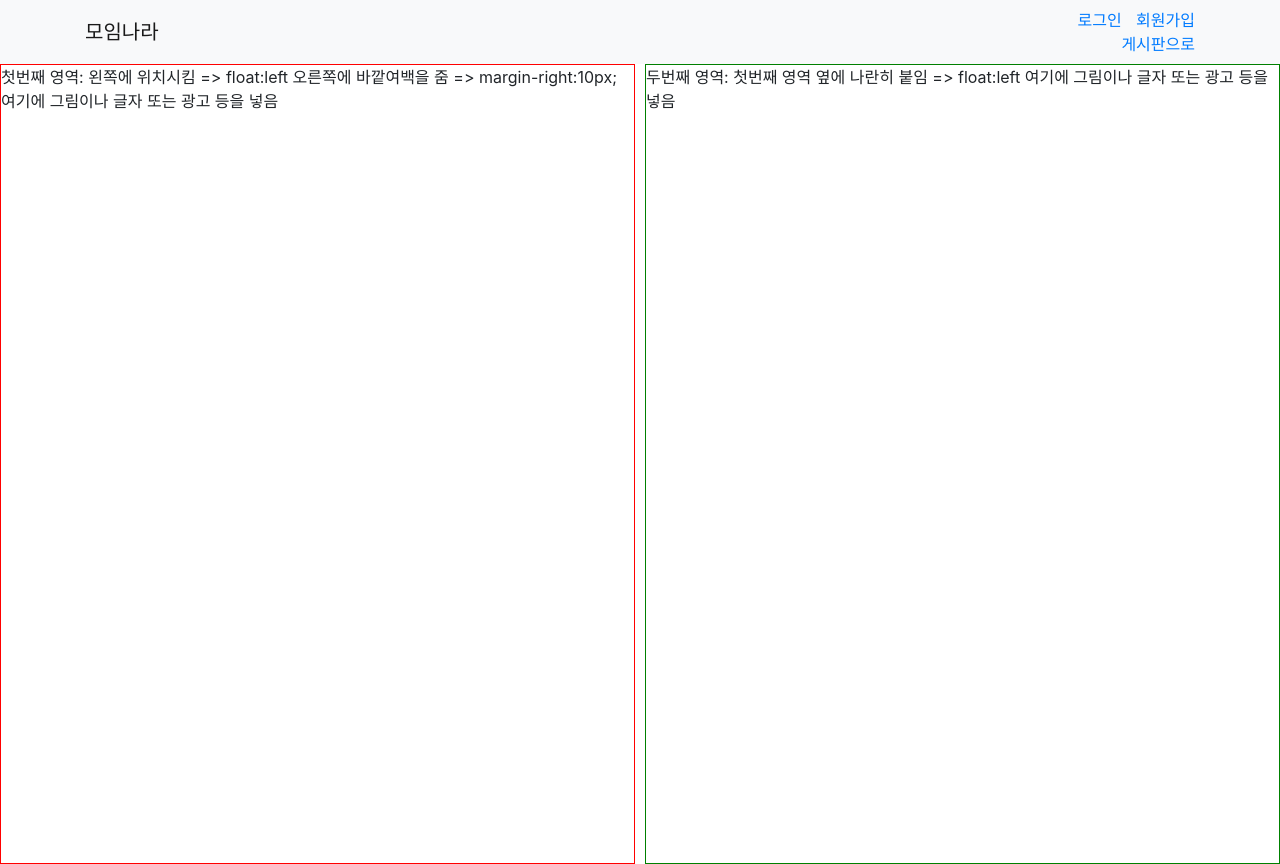
Repository: cmg9707/Devfox-spring-project
Page: http://localhost/DevJUS/WEB-INF/views/JUS/info.jsp
The author's editor kept a copy of each file at every save. The page is drawn from the files as they stood at one save, then again after the next save.
The browser window is 1280 px wide. The pictures show the whole page.
Some web libraries are served in a nearby version. The page is served by Tomcat 9. Nobody is signed in. The template is opened directly, without the code that normally fills it, so the values that code supplies are empty.

Above is the page before, as saved 2023-04-13 23:31:28.

After the next save:
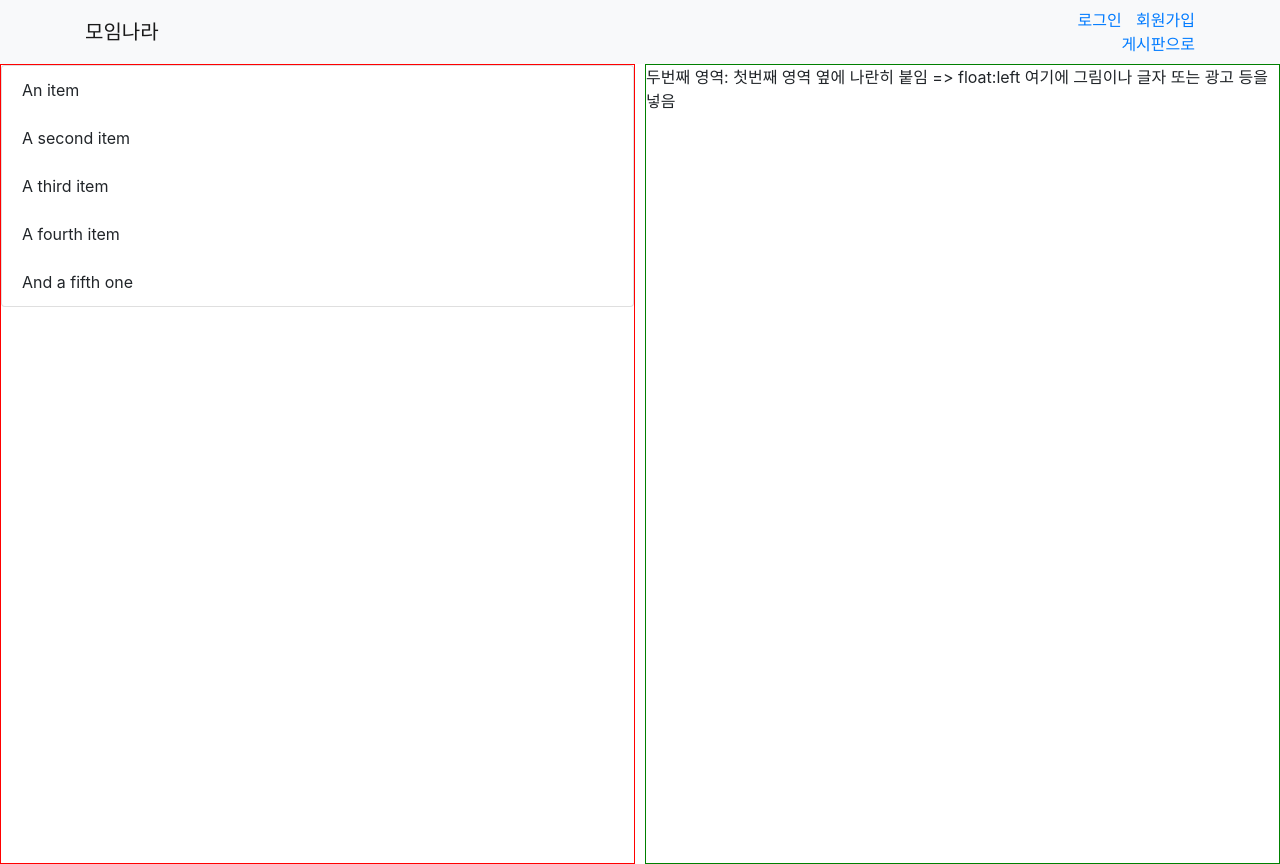
Saved 33 s later.
--- a/DevJUS/src/main/webapp/WEB-INF/views/JUS/info.jsp
+++ b/DevJUS/src/main/webapp/WEB-INF/views/JUS/info.jsp
@@ -52,10 +52,13 @@
 
 <div style="display: flex; justify-content: center;">
   <div style="width:700px; height:800px; border:1px solid red; float:left; margin-right:10px;">
-    첫번째 영역:
-    왼쪽에 위치시킴 =>  float:left
-    오른쪽에 바깥여백을 줌 =>  margin-right:10px;
-    여기에 그림이나 글자 또는 광고 등을 넣음
+    	<ul class="list-group">
+  			<li class="list-group-item">An item</li>
+  			<li class="list-group-item">A second item</li>
+  			<li class="list-group-item">A third item</li>
+  			<li class="list-group-item">A fourth item</li>
+  			<li class="list-group-item">And a fifth one</li>
+</ul>
   </div>
   <div style="width:700px; height:800px; border:1px solid green; float:left;">
     두번째 영역:
